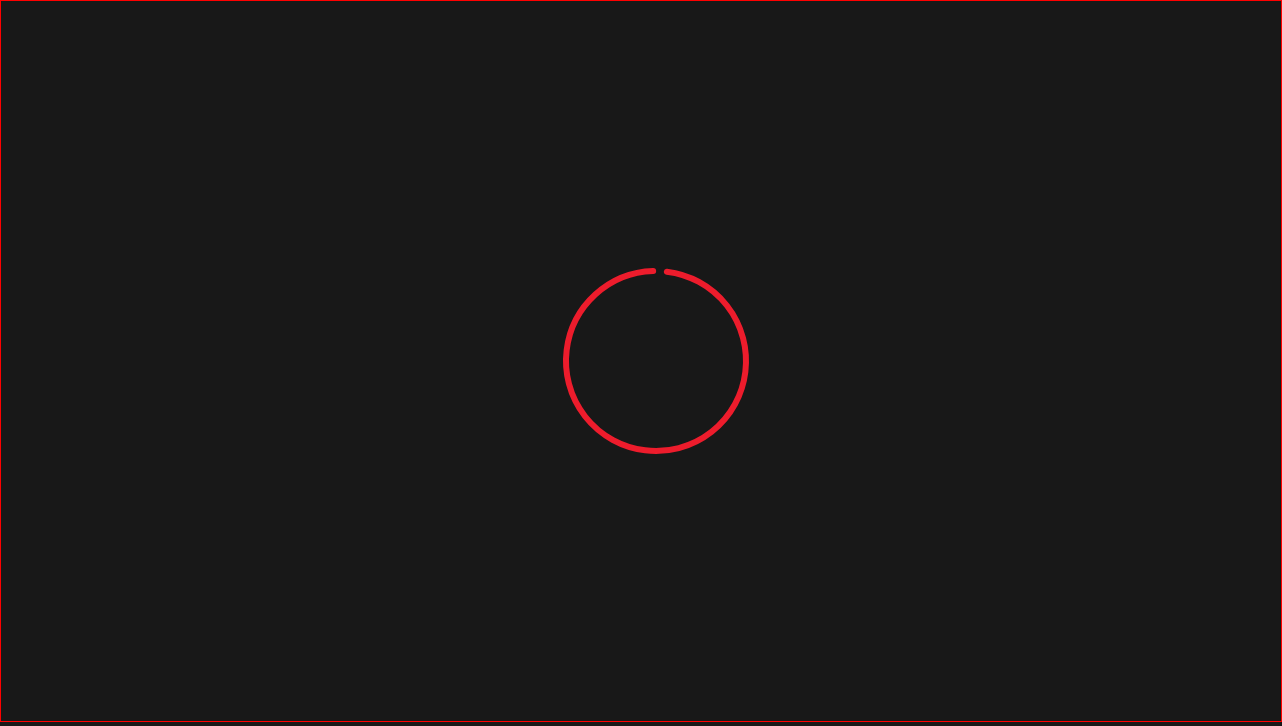
Repository: randy918/chris-canvas-52323
Page: index.html
These files come from the project's save history. The page is drawn as it stood at one moment and after the next save; the edit follows.
The browser window is 1280 px wide. The page is 1282 px wide, so the pictures cover 1282 px, including what lies to the right of the window. The pictures show the whole page.
The style sheet was rebuilt from its Sass, Less or Tailwind sources for each picture, by a compiler version that may differ from the author's.

Above is the page before, as saved 2023-05-28 15:52:27.

### index.html
<!DOCTYPE html>
<html lang="en">
	<head>
		<meta charset="UTF-8" />
		<meta http-equiv="X-UA-Compatible" content="IE=edge" />
		<meta
			name="viewport"
			content="width=device-width, initial-scale=1.0"
		/>
		<link
			rel="stylesheet"
			href="css/main.css"
			<script
			src="https://ajax.googleapis.com/ajax/libs/jquery/3.6.3/jquery.min.js"
			defer
		/>

		<title>Canvas Resize</title>
	</head>

	<body>
		<canvas></canvas>

		<script src="js/myfunctions.js"></script>
		<script src="js/canvas.js"></script>
	</body>
</html>

<!-- ca1f26ba6eb2ba4fb641257b39d3bea7 -->

### js/myfunctions.js
//todo   function r(min, max)  Random integers, can be just 'max'
//todo   function getTime()--works! it is 72519.1414 format
//todo   function getCompleteDate()
//todo   function getMinute()
//todo   function getHour()
//todo   function getHour00()
//todo   function get24Hour()
//todo   function get24Hour00()
//todo   function getDay()
//todo   function getDay00()
//todo   function getMonth()
//todo   function getMonth00()
//todo   function getYear()
//todo   function getYear00()
//todo   function t()    eternal timestamp long number
//todo   function placeText(myIdClass, text)   unsure if it works?
//todo   function placeText2(myIdClass, text)   unsure if it works?
//todo   function getText(myIdClass)....brings whole line incl. tags
//todo   function getInnerText(myIdClass)
//todo   function getOuterText(myIdClass)
//todo   function addClass(myIdClass, newClass)
//todo   function removeClass(myIdClass, removeClass)
//todo   function changeBackgroundColor(myIdClass, color)
//todo   function changeTypeColor(myIdClass, color)
//todo   function changeTypeSize(myIdClass, size)
//todo   function addCSSText(myIdClass, text)



function r(min, max) {
  // 2.0, accepts single value for 1-x
  if (max === undefined) {
    max = min;
    min = 1;
  }
  const randomNumber = min - 1 + Math.ceil(Math.random() * (max + 1 - min));
  return randomNumber;
}
// may not be a real function
function getTime() {
  var today = new Date();
  var codeMonth = today.getMonth() + 1;
  var codeDay = today.getDate();
  if (codeDay < 10) {
    codeDay = "0" + codeDay;
  }
  var codeMinute = today.getMinutes();
  var codeHour = today.getHours();
  if (codeMinute < 10) {
    codeMinute = "0" + codeMinute;
  }
  if (codeHour < 10) {
    codeHour = "0" + codeHour;
  }
  var codeYear = today.getFullYear() - 2000;
  var dateTime =
    codeMonth + "" + codeDay + "" + codeYear + "." + codeHour + "" + codeMinute;
  // document.getElementById(`timeStamp`).innerHTML = dateTime;
  t = setTimeout(function () {
    getTime();
  }, 30000);
  return dateTime;
}

function getCompleteDate() {
  const today = new Date();
  return today;
}

function getMinute() {
  const today = new Date();
  const codeMinute = today.getMinutes();
  if (codeMinute < 10) {
    codeMinute = "0" + codeMinute;
  }
  return codeMinute;
}

function getMinute00() {
  const today = new Date();
  let codeMinute = today.getMinutes();
  if (codeMinute < 10) {
    codeMinute = "0" + codeMinute;
  }
  return codeMinute;
}

function getHour() {
  const today = new Date();
  let codeHour = today.getHours();
  if (codeHour > 12) {
    codeHour = codeHour - 12;
  }
  return codeHour;
}

function getAmPm() {
  let amPm = "am";
  const today = new Date();
  let codeHour = today.getHours();
  if (codeHour > 12) {
    amPm = "pm";
  }
  return amPm;
}

function getHour00() {
  const today = new Date();
  const codeHour = today.getHours();
  if (codeHour > 12) {
    codeHour = codeHour - 12;
  }
  if (codeHour < 10) {
    codeHour = "0" + codeHour;
  }
  return codeHour;
}

function get24Hour() {
  const today = new Date();
  const codeHour = today.getHours();
  return codeHour;
}

function get24Hour00() {
  const today = new Date();
  const codeHour = today.getHours();
  if (codeHour < 10) {
    codeHour = "0" + codeHour;
  }
  return codeHour;
}

function getDayVerbal() {
  const today = new Date();
  const codeDay = today.getDay() + 1;
  return theDay[codeDay];
}

function getDay00() {
  const today = new Date();
  const codeDay = today.getDate();
  if (codeDay < 10) {
    codeDay = "0" + codeDay;
  }
  return codeDay;
}

function getDay() {
  const today = new Date();
  const codeDay = today.getDate();
  return codeDay;
}

function getMonthVerbal() {
  const today = new Date();
  const codeMonth = today.getMonth() + 1;
  return theMonth[codeMonth];
}

function getMonth00() {
  const today = new Date();
  const codeMonth = today.getMonth() + 1;
  if (codeMonth < 10) {
    codeMonth = "0" + codeMonth;
  }
  return codeMonth;
}

function getMonth() {
  const today = new Date();
  const codeMonth = today.getMonth() + 1;
  return codeMonth;
}

function getYear00() {
  const today = new Date();
  const codeYear = today.getYear() - 100;
  if (codeYear < 10) {
    codeMYear = "0" + codeYear;
  }
  return codeYear;
}

function getYear() {
  const today = new Date();
  const codeYear = today.getYear() + 1900;
  return codeYear;
}

function t() {
  const now = new Date();
  eventTimestamp = now.getTime();
  // c(eventTimestamp);
  return eventTimestamp;
}
//    !  72419.1659 DOM MANIPULATION
//!
//!  placeText   element name, and text to put there--runs loosely?

function placeText(myIdClass, text) {
  const myElement = document.querySelector(myIdClass);
  myElement.innerText = text;
}
//    the function is longer than the original
// $(myIdClass).text(text)   <---works
function placeText2(myIdClass, text) {
  $(myIdClass).text(text);
}
function getText(myIdClass) {
  return document.querySelector(myIdClass);
}

function getInnerText(myIdClass) {
  return document.querySelector(myIdClass).innerHTML;
}

function getOuterText(myIdClass) {
  return document.querySelector(myIdClass).outerHTML;
}

function addClass(myIdClass, newClass) {
  document.querySelector(myIdClass).classList.add(newClass);
}

function removeClass(myIdClass, removeClass) {
  document.querySelector(myIdClass).classList.remove(removeClass);
}
// not sure what this one is for now
function containsClass(myIdClass, containsClass) {
  document.querySelector(myIdClass).classList.contains(containsClass);
}
// above, can switch and toggle  also  mmtuts YOUTUBE 29-31 USING JAVASCRIPT
function changeBackgroundColor(myId, color) {
  document.getElementById(myId).style.background = color;

  // document.querySelector(myIdClass).style.backgroundColor = color;
}

function changeTypeColor(myIdClass, color) {
  document.querySelector(myIdClass).style.color = color;
}

function changeTypeSize(myIdClass, size) {
  document.querySelector(myIdClass).style.fontSize = size;
}

function addCSSText(myIdClass, text) {
  document.querySelector(myIdClass).style.cssText = text;
}

//!  72519.1714    Common Basic VARIABLE ARRAYS
var theDay = new Array(
  "Zero",
  "Sunday",
  "Monday",
  "Tuesday",
  "Wednesday",
  "Thursday",
  "Friday",
  "Saturday"
);
var theDayMin3 = new Array(
  "Zero",
  "Sun.",
  "Mon.",
  "Tues.",
  "Wed.",
  "Thurs.",
  "Fri.",
  "Sat."
);
var theDayMin2 = new Array("Zero", "S", "M", "Tu", "W", "Th", "F", "S");
var theDayMin1 = new Array("Zero", "S", "M", "T", "W", "T", "F", "S");
var theMonth = new Array(
  "Zero",
  "January",
  "February",
  "March",
  "April",
  "May",
  "June",
  "July",
  "August",
  "September",
  "October",
  "November",
  "December"
);
var theMonthMin = new Array(
  "Zero",
  "Jan.",
  "Feb.",
  "Mar.",
  "Apr.",
  "May",
  "June",
  "July",
  "Aug.",
  "Sept.",
  "Oct.",
  "Nov.",
  "Dec."
);

function showDateTimeFormat() {
  const today = new Date();
  const formattedDate = new Intl.DateTimeFormat("en-US").format(today);
  const consoleFunctioningMessage = `
Console functioning: ${getDayVerbal()}, ${getMonthVerbal()} ${getDay()} at ${getHour()}:${getMinute00()}${getAmPm()}
  `;
  return consoleFunctioningMessage;
}
showDateTimeFormat();

console.log(`%c${showDateTimeFormat()}`, "font-size: 20px; color: gray");

//console.log("%cThis is a default font style", "color: blue; font-size: 20px");

### js/canvas.js
//!  INIT

const init = function () {
	main();
};

window.onload = function () {
	init();
};

//!  MAIN================================================================================

const main = function () {
	//!  10123.1609  variables

    //* establish 2d canvas
    const canvas = document.querySelector("canvas");
	canvas.width = window.innerWidth;
    canvas.height = window.innerHeight;
	const c = canvas.getContext("2d");

    //* center of screen X Y
	let centerX = canvas.width / 2;
    let centerY = canvas.height / 2;

    //* dx dy = velocity X Y
    let dx = .05;
    let dy = .05;

	const DEFAULTWIDTH = 200;
	const DEFAULTHEIGHT = 200;
	const DEFAULTSTROKEWIDTH = 6;

	let defaultWidth = DEFAULTWIDTH;
	let defaultHeight = DEFAULTHEIGHT;
	let defaultStrokeWidth = DEFAULTSTROKEWIDTH;


	//!  10123.1609 functions

	//!  10123.1609 LIBRARY============================================================

    const c_Animate = function () {
        c.clearRect(0, 0, innerWidth, innerHeight);
        requestAnimationFrame(c_Animate);
        c_Circle(centerX, centerY, 90);
        c.strokeStyle = "#ed1c2c";
        c.lineWidth = defaultStrokeWidth;
		c.lineCap = "round";

        centerX +=dx;


	};

	const c_Circle = function (
		centerX,
		centerY,
		size,
		defaultHeight
	) {

		c.beginPath();
		c.arc(centerX, centerY, size, -1.45, 1.49 * Math.PI);
		c.stroke();
	};

	const c_Fill = function (color, size) {
		c.fillStyle = color;
	};


	//!  10123.161 0  main body=========================================================

	c_Animate();
};

//!  123122.1839  END

### css/main.scss
$colors: (
    bg: rgba(55, 66, 76, 1),
    theGreen: rgba(0, 173, 43, 1),
    theRed: rgba(194, 47, 51, 1),
    theOrange: rgba(255, 103, 0, 1),
    theRodeoPink: #f1a1a4,
    theRodeoBlue: #7f86b0,
    theYellow: rgb(221, 172, 94),
    theGray: rgb(78, 92, 107),
    theBackground: rgba(241, 227, 214, 1),
    theDarkGray: rgba(43, 50, 56, 1),
    theBrown: rgba(101, 42, 36, 1),
    bitByBitRed: rgba(240, 44, 80, 1),
    bitByBitBlue: rgba(0, 79, 136, 1),
    bitByBitBlonde: rgba(241, 227, 214, 1),
    bbb2-TranquilSea: rgba(188, 199, 203, 1),
    bbb2-RedMyMind: rgba(143, 57, 56, 1),
    bbb2-SnowyPine: rgba(226, 223, 216, 1),
    bbb2-Basswood: rgba(188, 166, 142, 1),
    bbb2-CompassBlue: rgba(51, 66, 87, 1),
    f1: rgba(237, 28, 44, 1),
    f2: rgba(240, 87, 35, 1),
    f3: rgba(242, 203, 21, 1),
    f4: rgba(5, 181, 0, 1),
    f5: rgba(0, 29, 150, 1),
    f6: rgba(50, 50, 50, 1),
    f7: rgba(36, 36, 36, 1),
    f8: rgba(24, 24, 24, 1),
);

@function getColor($color-name) {
    @return map-get($colors, $color-name);
}

* {
    box-sizing: border-box;
    border: none;
}

body {
    color: getColor(bbb2-TranquilSea);
    background: getColor(f8);
    margin: 0;
}

h1 {
}

#inputValue {
    width: 40vw;
    font-size: 2vw;
    outline: none;
}

#search {
    color: beige;
    background-color: getColor(theDarkGray);
    outline: none;
    font-size: 2vw;
}

canvas {
    border: 1px solid red;
}

After the next save:
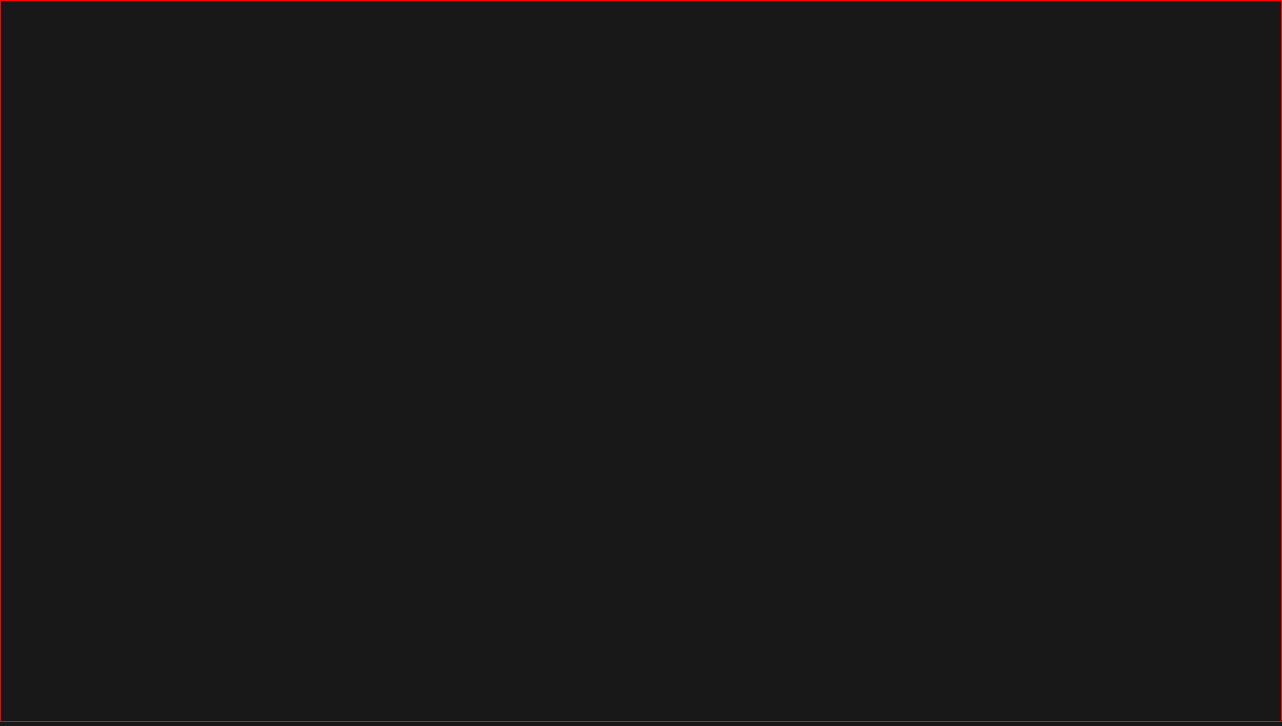
Console error: ReferenceError: DEFAULTWIDTH is not defined
Saved 32 s later.
--- a/js/canvas.js
+++ b/js/canvas.js
@@ -27,7 +27,6 @@
     let dx = .05;
     let dy = .05;
 
-	const DEFAULTWIDTH = 200;
 	const DEFAULTHEIGHT = 200;
 	const DEFAULTSTROKEWIDTH = 6;
 

After the save that followed:
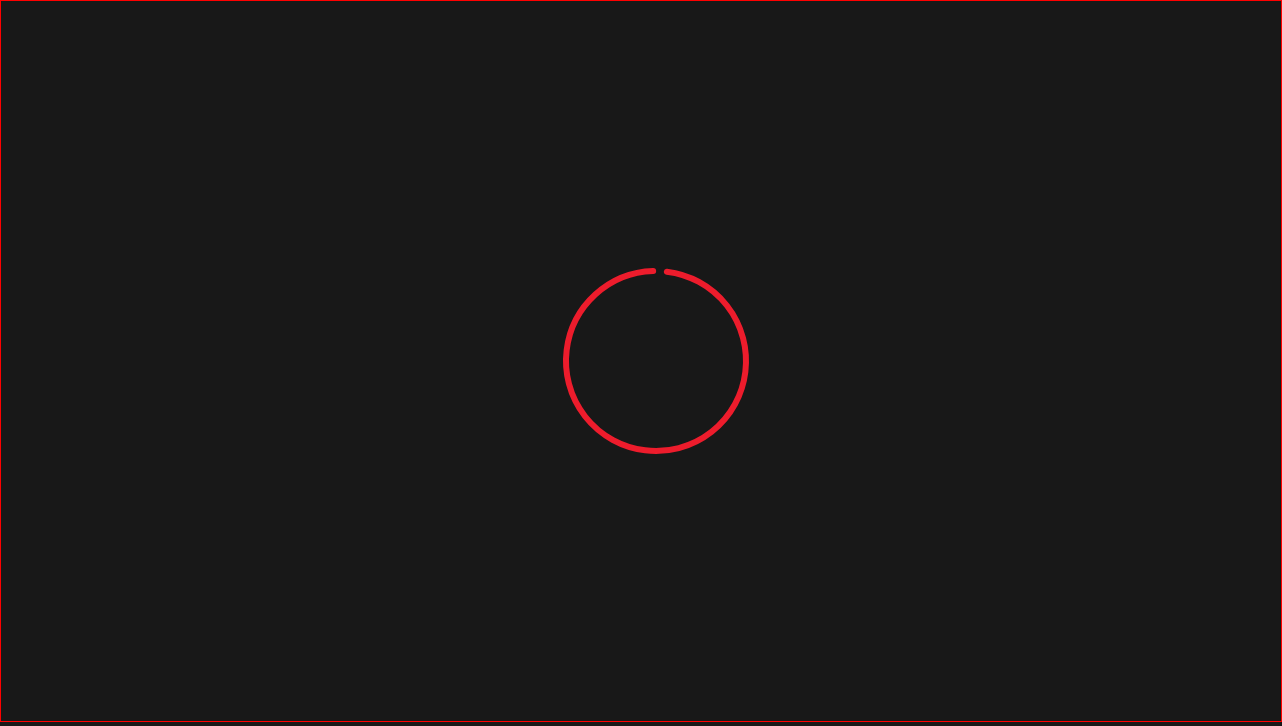
The error is gone.
Saved 6 s later.
--- a/js/canvas.js
+++ b/js/canvas.js
@@ -27,6 +27,7 @@
     let dx = .05;
     let dy = .05;
 
+	const DEFAULTWIDTH = 200;
 	const DEFAULTHEIGHT = 200;
 	const DEFAULTSTROKEWIDTH = 6;
 
